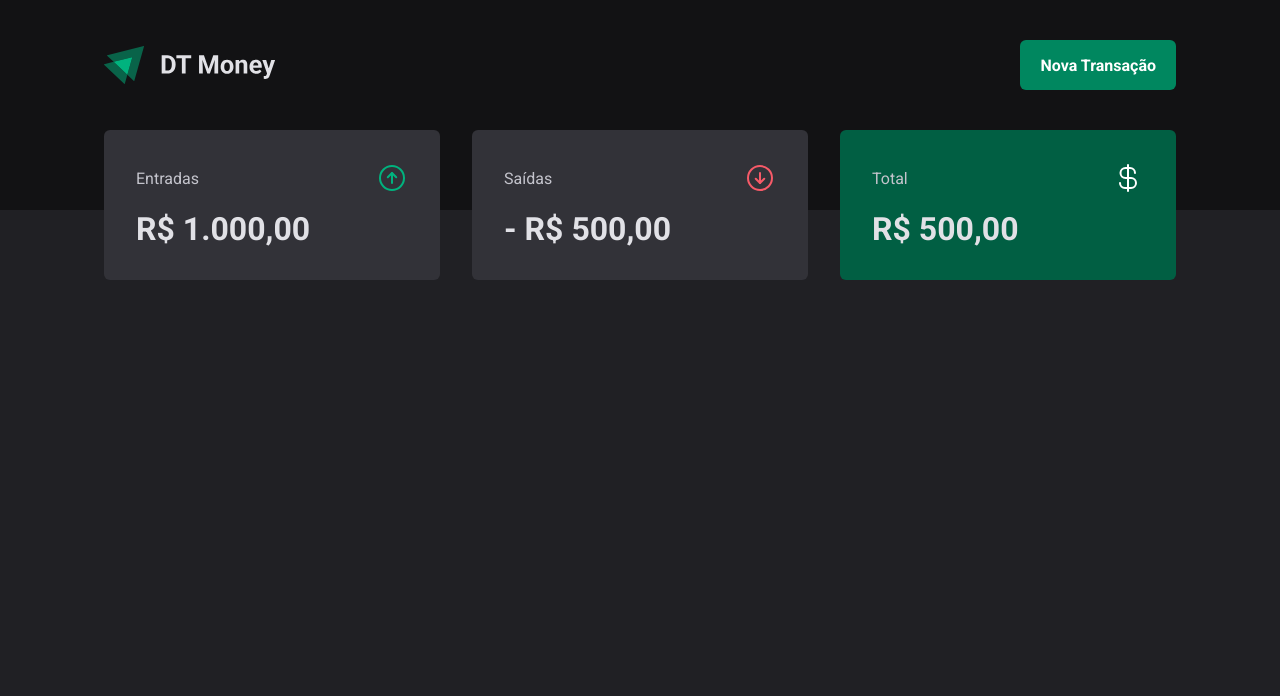
Repository: guilhermecardoso93/dtmoney-reactjs-ignite
Page: /
An editor plug-in stored every save of this project. The page is shown before and after the next save, followed by the edit.
The browser window is 1280 px wide. The pictures show the whole page.
The project was rebuilt for these pictures with package versions that can differ from the ones it lists, and the page was loaded fresh each time. Requests to the local data server were answered from the project's data file. Also part of the build but not shown: vite.config.ts.

Above is the page before, as saved 2022-08-16 20:43:39.

### index.html
<!DOCTYPE html>
<html lang="pt-BR">
  <head>
    <meta charset="UTF-8" />
    <link rel="icon" type="image/svg+xml" href="/vite.svg" />
    <link rel="preconnect" href="https://fonts.googleapis.com" />
    <link rel="preconnect" href="https://fonts.gstatic.com" crossorigin />
    <link
      href="https://fonts.googleapis.com/css2?family=Fredoka+One&family=Roboto:wght@300;400;500;700&display=swap"
      rel="stylesheet"
    />
    <meta name="viewport" content="width=device-width, initial-scale=1.0" />
    <title>Dt Money 2022</title>
  </head>
  <body>
    <div id="root"></div>
    <script type="module" src="/src/main.tsx"></script>
  </body>
</html>

### src/App.tsx
import { ThemeProvider } from "styled-components";
import { Header } from "./components/Header";
import { Summary } from "./components/Summary";
import { Transactions } from "./pages/Transactions";
import { GlobalStyle } from "./styles/global";
import { defaultTheme } from "./styles/themes/default";

export function App() {
  return (
    <ThemeProvider theme={defaultTheme}>
      <GlobalStyle />
      <Header />
      <Summary />
      <Transactions/>
    </ThemeProvider>
  );
}

### src/components/Header/index.tsx
import * as Dialog from "@radix-ui/react-dialog";

import { HeaderContainer, HeaderContent, NewTransactionButton } from "./styles";
import LogoImg from "../../assets/logo.svg";
import { NewTransactionModal } from "../NewTransactionModal";

export function Header() {
  return (
    <HeaderContainer>
      <HeaderContent>
        <img src={LogoImg} alt="" />

        <Dialog.Root>
          <Dialog.Trigger asChild>
            <NewTransactionButton>Nova Transação</NewTransactionButton>
          </Dialog.Trigger>
          <NewTransactionModal/>
        </Dialog.Root>
      </HeaderContent>
    </HeaderContainer>
  );
}

### src/components/Summary/index.tsx
import { ArrowCircleDown, ArrowCircleUp, CurrencyDollar } from "phosphor-react";
import { SummaryCard, SummaryContainer } from "./styles";

export function Summary() {
  return (
    <SummaryContainer>
      <SummaryCard>
        <header>
          <span>Entradas</span>
          <ArrowCircleUp size={32} color="#00b37e" />
        </header>
        <strong>R$ 1.000,00</strong>
      </SummaryCard>
      <SummaryCard>
        <header>
          <span>Saídas</span>
          <ArrowCircleDown size={32} color="#f75a68" />
        </header>
        <strong> - R$ 500,00</strong>

      </SummaryCard>
      <SummaryCard variant="green">
        <header>
          <span>Total</span>
          <CurrencyDollar size={32} color="#fff" />
        </header>
        <strong>R$ 500,00</strong>
      </SummaryCard>
    </SummaryContainer>
  );
}

### src/styles/global.ts
import { createGlobalStyle } from "styled-components";

export const GlobalStyle = createGlobalStyle`
* {
  margin: 0;
  padding: 0;
  box-sizing: border-box;
}

:focus {
  outline: 0;
  box-shadow:0 0 0 2ox ${(props) => props.theme["green-500"]} ;
}

body {
  background-color: ${(props) => props.theme["gray-800"]};
  color:${(props) => props.theme["gray-100"]}
}

body, input, text-area, button {
  font:400 1rem 'Roboto' ;
}
`;

### src/components/Header/styles.ts
import styled from "styled-components";
import * as Dialog from "@radix-ui/react-dialog";


export const HeaderContainer = styled.header`
background-color: ${(props) => props.theme["gray-900"]};
padding: 2.5rem 0 7.5rem;
`;

export const HeaderContent = styled.div`
  width: 100%;
  max-width: 1120px;
  margin: 0 auto;
  padding: 0 1.5rem;

  display: flex;
  justify-content: space-between;
  align-items: center;
`;

export const NewTransactionButton = styled.button`
  height: 50px;
  border: 0;
  background-color: ${(props) => props.theme["green-500"]};
  color:${(props) => props.theme.white};
  font-weight:bold;
  padding: 0 1.25rem;
  border-radius: 6px;
  cursor: pointer;
  transition: background-color 0.2s;

  &:hover {
    background-color: ${(props) => props.theme["green-700"]};
  }
`;

### src/components/NewTransactionModal/index.tsx
import * as Dialog from "@radix-ui/react-dialog";
import * as RadioGroup from '@radix-ui/react-radio-group';
import { ArrowCircleDown, ArrowCircleUp, X } from "phosphor-react";

import {
  Overlay,
  Content,
  Close,
  TransactionType,
  TransactionTypeButton,
} from "./styles";

export function NewTransactionModal() {
  return (
    <Dialog.Portal>
      <Overlay />

      <Content>
        <Dialog.Title>Nova Transação</Dialog.Title>
        <Close>
          <X />
        </Close>

        <form action="">
          <input type="text" placeholder="Descrição" required />
          <input type="number" placeholder="Preço" required />
          <input type="text" placeholder="Categoria" required />

          <TransactionType>
            <TransactionTypeButton variant="income" value='income'>
              Entrada
              <ArrowCircleUp size={20} />
            </TransactionTypeButton>
            <TransactionTypeButton variant="outcome" value='outcome'>
              Saída
              <ArrowCircleDown size={20} />
            </TransactionTypeButton>
          </TransactionType>

          <button type="submit">Cadastrar</button>
        </form>
      </Content>
    </Dialog.Portal>
  );
}

### src/components/Summary/styles.ts
import styled, { css } from "styled-components";

export const SummaryContainer = styled.section`
  width: 100%;
  max-width: 1120px;
  margin: 0 auto;
  padding: 0 1.5rem;

  display:grid;
  grid-template-columns:  repeat(3, 1fr);
  gap: 2rem;

  margin-top: -5rem;
  `;

interface SummaryCardProps {
  variant?: "green";
}

export const SummaryCard = styled.div<SummaryCardProps>`
  background-color: ${(props) => props.theme["gray-600"]};
  border-radius: 6px;
  padding: 2rem;

  header{
    display: flex;
    align-items: center;
    justify-content: space-between;
    color: ${(props) => props.theme["gray-300"]};
  }

  strong {
    display: block;
    font-size: 2rem;
    margin-top: 1rem;
  }

  ${(props) =>
  props.variant === "green" && css`
    background-color: ${(props) => props.theme["green-700"]};
  `}

`;

### src/components/NewTransactionModal/styles.ts
import styled from "styled-components";
import * as Dialog from "@radix-ui/react-dialog";
import * as RadioGroup from "@radix-ui/react-radio-group";

export const Overlay = styled(Dialog.Overlay)`
  position: fixed;
  width: 100vw;
  height: 100vh;
  inset: 0;
  background-color: rgba(0, 0, 0, 0.75);
`;

export const Content = styled(Dialog.Content)`
  min-width: 32rem;
  border-radius: 6px;
  padding: 2.5rem 3rem;
  background-color: ${(props) => props.theme["gray-800"]};

  position: fixed;
  top: 50%;
  left: 50%;
  transform: translate(-50%, -50%);

  form {
    margin-top: 2rem;
    display: flex;
    flex-direction: column;
    gap: 1rem;

    input {
      border-radius: 6px;
      border: 0;
      background-color: ${(props) => props.theme["gray-900"]};
      color: ${(props) => props.theme["gray-300"]};
      padding: 1rem;

      &::placeholder {
        color: ${(props) => props.theme["gray-500"]};
      }
    }

    button[type="submit"] {
      height: 58px;
      border: 0;
      background-color: ${(props) => props.theme["green-500"]};
      color: ${(props) => props.theme.white};
      font-weight: bold;
      padding: 0 1.25rem;
      border-radius: 6px;
      cursor: pointer;
      margin-top: 1.5rem;
      transition: background-color 0.2s;

      &:hover {
        background-color: ${(props) => props.theme["green-700"]};
      }
    }
  }
`;

export const Close = styled(Dialog.Close)`
  position: absolute;
  background: transparent;
  border: none;
  top: 1.5rem;
  right: 1.5rem;
  line-height: 0;
  cursor: pointer;
  color: ${(props) => props.theme["gray-500"]};
`;

export const TransactionType = styled(RadioGroup.Root)`
  display: grid;
  grid-template-columns: repeat(2, 1fr);
  gap: 1rem;
  margin-top: 0.5rem;
`;

interface TransactionTypeButtonProps {
  variant: "income" | "outcome";
}

export const TransactionTypeButton = styled(
  RadioGroup.Item,
)<TransactionTypeButtonProps>`
  background-color: ${(props) => props.theme["gray-700"]};
  padding: 1rem;
  display: flex;
  align-items: center;
  justify-content: center;
  gap: 0.5rem;
  border-radius: 6px;
  cursor: pointer;
  border: 0;
  color: ${(props) => props.theme["gray-300"]};

  svg {
    color: ${(props) =>
  props.variant === "income"
    ? props.theme["green-500"]
    : props.theme["red-500"]};
  }

  &[data-state="unchecked"]:hover {
    background: ${(props) => props.theme["gray-600"]};
  }

  &[data-state="checked"] {
    color: ${(props) => props.theme.white};
    background: ${(props) =>
  props.variant === "income"
    ? props.theme["green-500"]
    : props.theme["red-500"]};

    svg {
      color: ${(props) => props.theme.white};
    }
  }
`;

### src/pages/Transactions/index.tsx
import { useEffect, useState } from "react";
import { SearchForm } from "./components/SearchForm";
import {
  PriceHighLight,
  TransactionContainer,
  TransactionTable,
} from "./styles";

interface Transaction {
  id: number;
  description: string;
  type: "income" | "outcome";
  price: number;
  category: string;
  createdAt: string;
}

export function Transactions() {
  const [transactions, setTransactions] = useState<Transaction[]>([]);
  async function loadTransactions() {
    const response = await fetch("http://localhost:3000/transactions");
    const data = await response.json();
    console.log(data)

    setTransactions(data);

    useEffect(() => {
      loadTransactions();
    }, []);

    return (
      <>
        <TransactionContainer>
          <SearchForm />
          <TransactionTable>
            <tbody>
              {transactions.map((transaction) => {
                return (
                  <tr key={transaction.id}>
                    <td width="50%">{transaction.description}</td>
                    <td>
                      <PriceHighLight variant={transaction.type}>
                        {transaction.price}
                      </PriceHighLight>
                    </td>
                    <td>{transaction.category}</td>
                    <td>{transaction.createdAt}</td>
                  </tr>
                );
              })}
            </tbody>
          </TransactionTable>
        </TransactionContainer>
      </>
    );
  }
}

### src/pages/Transactions/components/SearchForm/index.tsx
import { MagnifyingGlass } from "phosphor-react";
import { SearchFormContainer } from "./styles";

export function SearchForm() {
  return (
    <SearchFormContainer>
      <input type="text" placeholder="Busque por transação" />
      <button type="submit">
        <MagnifyingGlass size={20} />
        Buscar
      </button>
    </SearchFormContainer>
  );
}

### src/pages/Transactions/styles.ts
import styled, { css } from "styled-components";

export const TransactionContainer = styled.main`
  width: 100%;
  max-width: 1120px;
  margin: 4rem auto 0;
  padding: 0 1.5rem;
  `;

export const TransactionTable = styled.table`
width: 100%;
border-collapse: separate;
border-spacing: 0 0.5rem;
margin-top: 1.5rem;

td {
  padding: 1.25rem 2rem;
  background-color: ${(props) => props.theme["gray-700"]};

  &:first-child {
    border-top-left-radius: 6px;
    border-bottom-left-radius: 6px;
  }

  &:last-child {
    border-top-right-radius: 6px;
    border-bottom-right-radius: 6px;
  }
}
`;

interface PriceHighLightProps {
  variant: "income" | "outcome";
}

export const PriceHighLight = styled.span<PriceHighLightProps>`
  color: ${(props) =>
  props.variant === "income"
    ? props.theme["green-500"]
    : props.theme["red-500"]};
`;

### src/pages/Transactions/components/SearchForm/styles.ts
import styled, { css } from "styled-components";

export const SearchFormContainer = styled.form`
  display: flex;
  gap: 1rem;

  input {
    flex: 1;
    border-radius: 6px;
    border: 0;
    color: ${(props) => props.theme["gray-300"]};
    background-color: ${(props) => props.theme["gray-900"]};
    padding: 1rem;

    &::placeholder {
      color: ${(props) => props.theme["gray-500"]};
    }
  }

  button {
    display: flex;
    align-items: center;
    gap: 0.75rem;

    border: 0;
    padding: 1rem;
    background: transparent;
    border: 1px solid ${(props) => props.theme["green-300"]};
    color: ${(props) => props.theme["green-300"]};
    font-weight: bold;
    border-radius: 6px;

    &:hover {
      background: ${(props) => props.theme["green-500"]};
      border: 1px solid ${(props) => props.theme["green-500"]};
      color: ${(props) => props.theme.white};
      transition: background-color 0.2s, color 0.2s, border-color 0.2s;
    }
  }
`;

### server.json
{
  "transactions": [{
      "id": 1,
      "description": "Desenvolvimento de site",
      "type": "income",
      "category": "Venda",
      "price": 140000,
      "createdAt": "2022-08-16T23:08:55.392Z"
    },
    {
      "id": 2,
      "description": "Nubank",
      "type": "outcome",
      "category": "Cartão de Crédito",
      "price": 40000,
      "createdAt": "2022-08-16T23:08:55.392Z"
    },
    {
      "id": 3,
      "description": "Salário",
      "type": "income",
      "category": "Salário",
      "price": 200000,
      "createdAt": "2022-08-05T23:08:55.392Z"
    }

  ]
}

Loaded but not shown: src/main.tsx (common file); src/styles/themes/default.ts (common file)

After the next save:
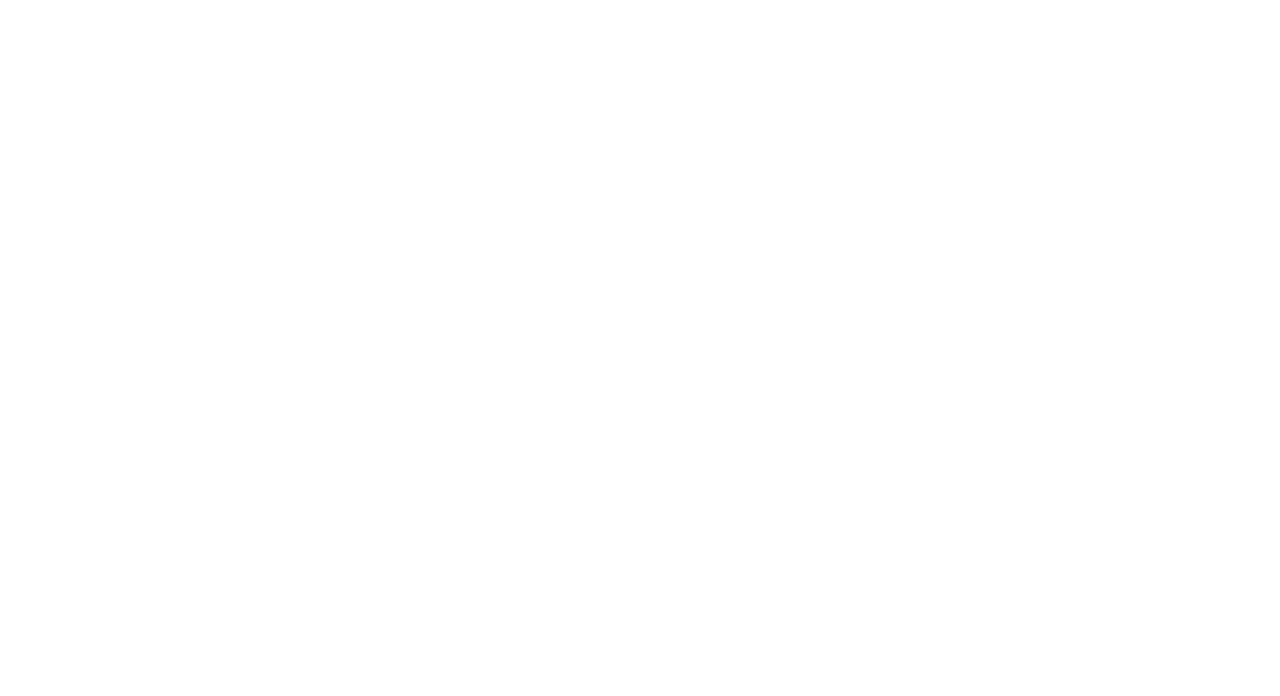
Console error: ReferenceError: s is not defined
Saved 95 s later.
--- a/src/pages/Transactions/index.tsx
+++ b/src/pages/Transactions/index.tsx
@@ -17,13 +17,14 @@
 
 export function Transactions() {
   const [transactions, setTransactions] = useState<Transaction[]>([]);
+
   async function loadTransactions() {
     const response = await fetch("http://localhost:3000/transactions");
     const data = await response.json();
     console.log(data)
 
     setTransactions(data);
-
+  }
     useEffect(() => {
       loadTransactions();
     }, []);
@@ -54,4 +55,4 @@
       </>
     );
   }
-}
+s

After the save that followed:
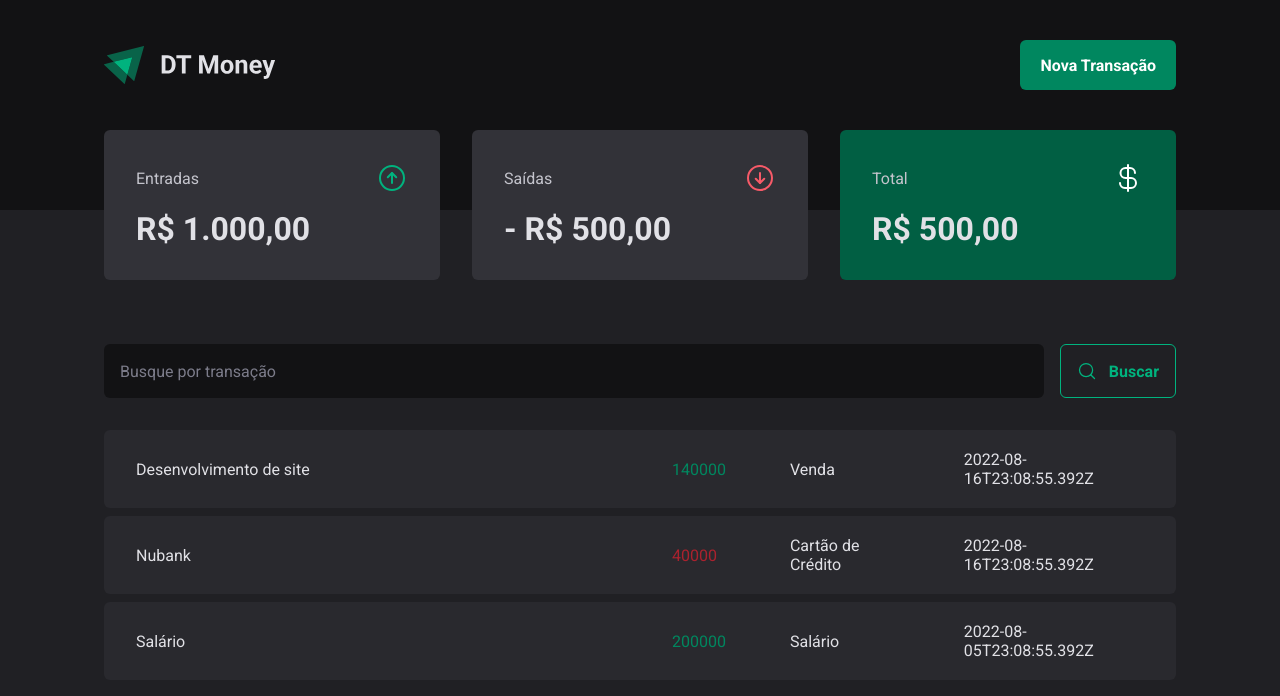
The error is gone.
Saved 17 s later.
--- a/src/pages/Transactions/index.tsx
+++ b/src/pages/Transactions/index.tsx
@@ -55,4 +55,3 @@
       </>
     );
   }
-s
